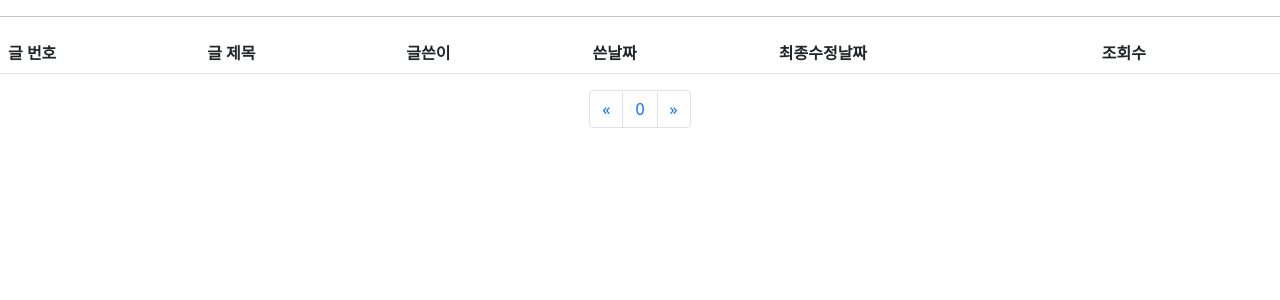
Repository: hayatoKH/java-basic2
Page: http://localhost/MyFirstWeb/boardList
An editor plug-in stored every save of this project. The page is shown before and after the next save, followed by the edit.
The browser window is 1280 px wide. The pictures show the whole page.
The page is served by Tomcat 9. Queries for data that is not in the repository find no rows.

Above is the page before, as saved 2022-03-22 00:45:51.

After the next save:
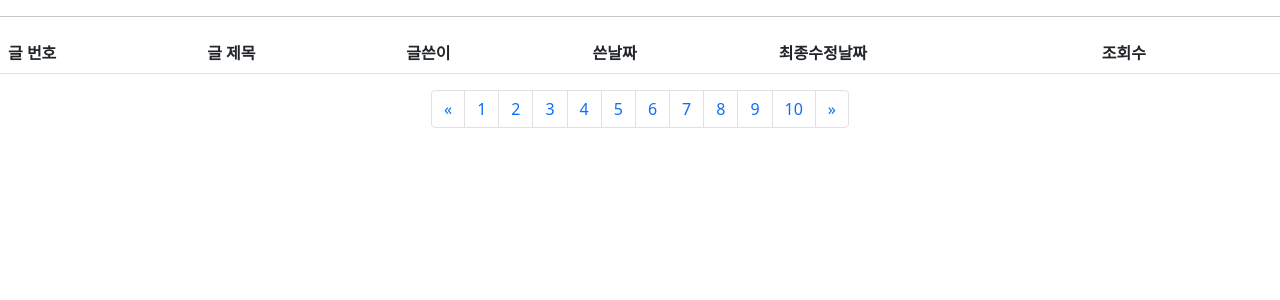
Saved 52 s later.
--- a/MyFirstWeb/src/main/webapp/board/boardlist.jsp
+++ b/MyFirstWeb/src/main/webapp/board/boardlist.jsp
@@ -47,7 +47,7 @@
 	<nav aria-label="Page navigation example">
 	  <ul class="pagination justify-content-center">
 	    <li class="page-item"><a class="page-link" href="#" aria-label="Previous"><span aria-hidden="true">&laquo;</span></a></li>
-		    <c:forEach var="pageIndex" begin="${dto.startPage }" end="${dto.endPages }">
+		    <c:forEach var="pageIndex" begin="1" end="10">
 		 	   <li class="page-item"><a class="page-link" href="#">${pageIndex }</a></li>
 			</c:forEach>
 	    <li class="page-item"><a class="page-link" href="#" aria-label="Next"><span aria-hidden="true">&raquo;</span></a></li>

After the save that followed:
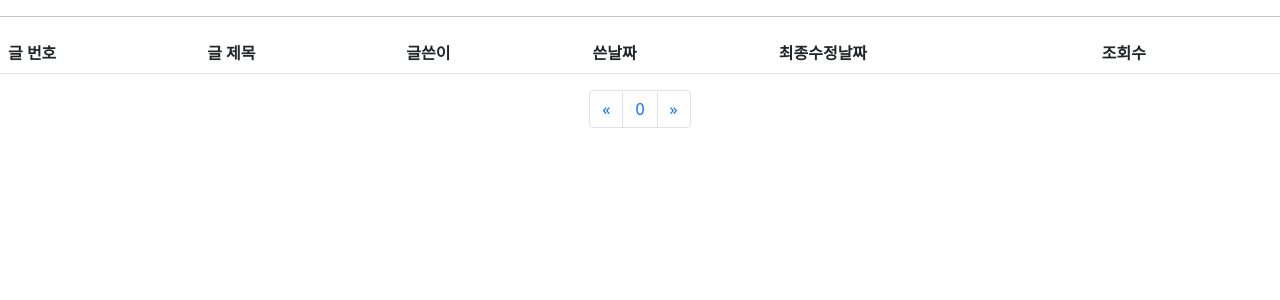
Saved 53 s later.
--- a/MyFirstWeb/src/main/webapp/board/boardlist.jsp
+++ b/MyFirstWeb/src/main/webapp/board/boardlist.jsp
@@ -47,7 +47,7 @@
 	<nav aria-label="Page navigation example">
 	  <ul class="pagination justify-content-center">
 	    <li class="page-item"><a class="page-link" href="#" aria-label="Previous"><span aria-hidden="true">&laquo;</span></a></li>
-		    <c:forEach var="pageIndex" begin="1" end="10">
+		    <c:forEach var="pageIndex" begin="${dto.startPage }" end="${dto.endPage }">
 		 	   <li class="page-item"><a class="page-link" href="#">${pageIndex }</a></li>
 			</c:forEach>
 	    <li class="page-item"><a class="page-link" href="#" aria-label="Next"><span aria-hidden="true">&raquo;</span></a></li>
